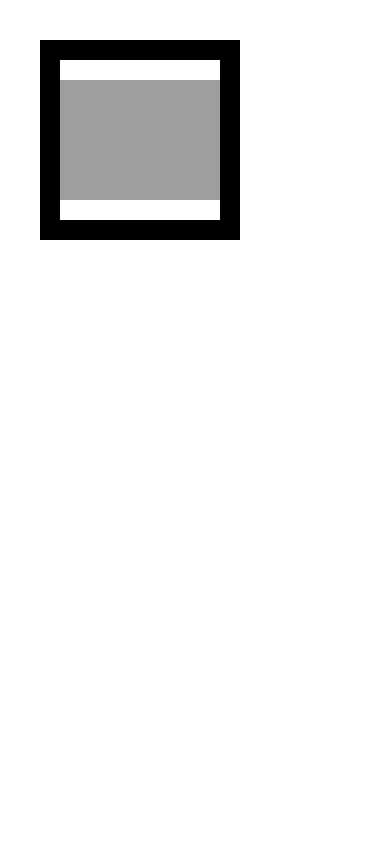
Repository: akinmiday/ReactNativeApp
Screen: /
An editor plug-in stored every save of this project. The screen is shown before and after the next save, followed by the edit.
Pictures or frames that could not be fetched are drawn as grey boxes. The app was drawn by React Native's web renderer in a window 390 px wide. The project was rebuilt for these pictures with package versions that can differ from the ones it lists, and the page was loaded fresh each time.

Above is the screen before, as saved 2023-08-06 16:26:31.

After the next save:
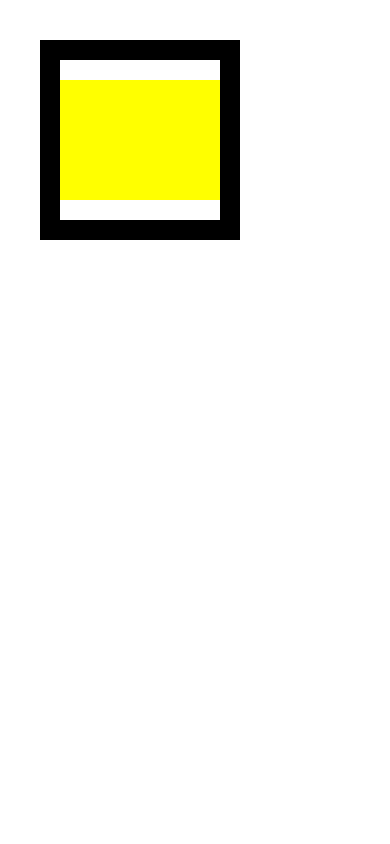
Saved 2 min 10 s later.
--- a/App.js
+++ b/App.js
@@ -9,7 +9,12 @@
     <View style={container}>
       <Image
         source={require("./assets/lease-nest-1.png")}
-        style={{ height: 200, width: 200, borderWidth: 20 }}
+        style={{
+          height: 200,
+          width: 200,
+          borderWidth: 20,
+          tintColor: "yellow",
+        }}
         resizeMode="contain"
       />
     </View>

After the save that followed:
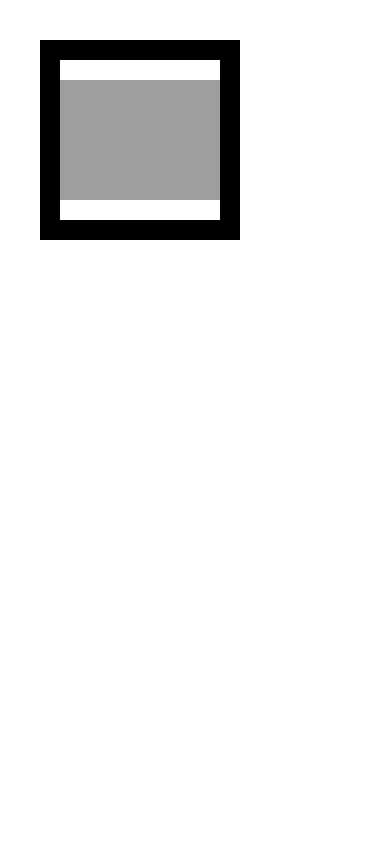
Saved 16 s later.
--- a/App.js
+++ b/App.js
@@ -13,7 +13,6 @@
           height: 200,
           width: 200,
           borderWidth: 20,
-          tintColor: "yellow",
         }}
         resizeMode="contain"
       />
